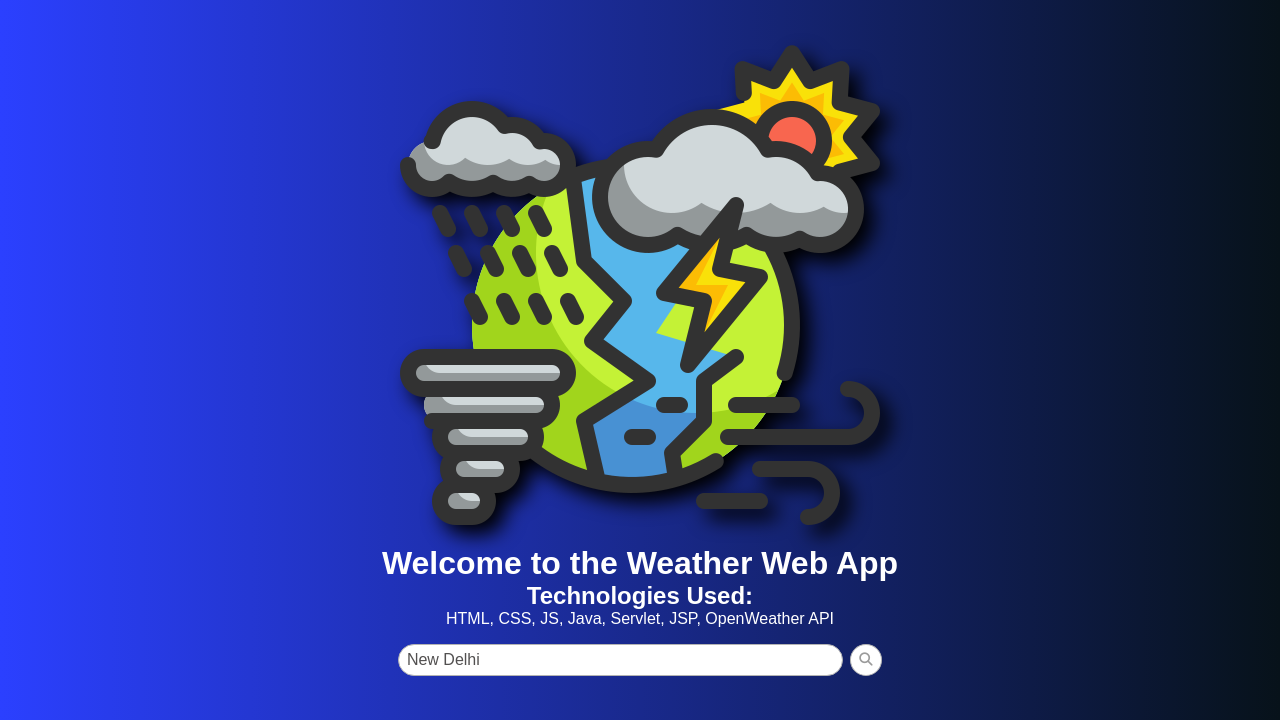
Repository: Adeshppp/Weather-Application-By-Using-JSP-and-Servlet
Page: MyWeatherApp/src/main/webapp/index.html
The author's editor kept a copy of each file at every save. The page is drawn from the files as they stood at one save, then again after the next save.
The browser window is 1280 px wide. The pictures show the whole page.

Above is the page before, as saved 2023-11-03 05:39:54.

### MyWeatherApp/src/main/webapp/index.html
<!DOCTYPE html>
<html>
<head>
 <meta charset="UTF-8">
    <meta http-equiv="X-UA-Compatible" content="IE=edge">
    <meta name="viewport" content="width=device-width, initial-scale=1.0">
    <title>Weather App</title>
    <link rel="stylesheet" href="https://cdnjs.cloudflare.com/ajax/libs/font-awesome/6.4.0/css/all.min.css" />
    <link rel="stylesheet" href="style.css" />

</head>
<body>
<div style="color:white; text-align:center">
<img src="images/weather-logo.png" style=" height: auto;width: auto;filter: drop-shadow(10px 10px 10px black);">
    <h1>Welcome to the Weather Web App</h1>

    <h2>Technologies Used: </h2> <p>HTML, CSS, JS, Java, Servlet, JSP, OpenWeather API</p>
     <form action="MyServlet" method="post" class="searchInput">
            <input type="text" placeholder="Enter City Name" id="searchInput" value="New Delhi" name="city"/>
            <button id="searchButton"><i class="fa-solid fa-magnifying-glass"></i></button>
      </form>
 </div>

</body>
</html>

### MyWeatherApp/src/main/webapp/style.css
@charset "UTF-8";

    * {
  margin: 0;
  padding: 0;
  box-sizing: border-box;
  font-family: "Ubuntu", sans-serif;
}

body {
  display: flex;
  height: 100vh;
  align-items: center;
  justify-content: center;
  background: linear-gradient(to right,  #2b40ff,#07121a);
}

.mainContainer {
  width: 25rem;
  height: auto;
  border-radius: 1rem;
  background: #fff;
  box-shadow: 0 14px 28px rgba(0,0,0,0.25),
			0 10px 10px rgba(0,0,0,0.22);
}

.searchInput {
  width: 100%;
  display: flex;
  padding: 1rem 1rem;
  justify-content: center;
}

.searchInput input {
  width: 100%;
  height: 2rem;
  outline: none;
  font-size: 1rem;
  color: #525050;
  padding: 0.2rem 0.5rem;
  border-radius: 1.5rem;
  border: 1px solid #b3b3b3;
}

.searchInput input:focus {
  border: 1px solid #9c9dde;
}

.searchInput button {
  width: 2.2rem;
  height: 2rem;
  cursor: pointer;
  color: #9b9b9b;
  border-radius: 50%;
  margin-left: 0.4rem;
  transition: all 0.3s ease;
  background-color: #fff;
  border: 1px solid #b3b3b3;
}

.searchInput button:hover {
  color: #fff;
  background-color: #9c9dde;
  border: 1px solid #9c9dde;
}

.weatherIcon {
  display: flex;
  padding-top: 0.5rem;
  padding-bottom: 0.5rem;
  justify-content: center;
}

.weatherIcon img {
  max-width: 100%;
  width: 8rem;
}

.weatherDetails .temp{
 font-size: 2rem;
}
.cityDetails {
  color: #323232;
  font-size: 2.5rem;
  text-align: center;
  margin-bottom: 0.5rem;
}

.cityDetails .date {
  color: #323232;
  font-size: 1.5rem;
  text-align: center;
  margin-bottom: 0.5rem;
}

.windDetails {
  display: flex;
  margin-top: 1rem;
  margin-bottom: 1.5rem;
  justify-content: space-around;
}

.windDetails .humidityBox {
  display: flex;
  font-size: 1rem;
  color: #323232;
}

.windDetails .humidity .humidityValue {
 text-align: center;
  font-size: 2rem;
  color: #323232;
}

.windDetails .humidityBox img {
  max-height: 3rem;
  margin-right: 0.5rem;
}

.windDetails .windSpeed {
  display: flex;
  font-size: 1rem;
  color: #323232;
}

.windDetails .windSpeed img {
  max-height: 3rem;
  margin-right: 0.5rem;
}


image-logo{
        height: auto;
        width: auto;
        filter: drop-shadow(20px 10px 10px black);
      }

After the next save:
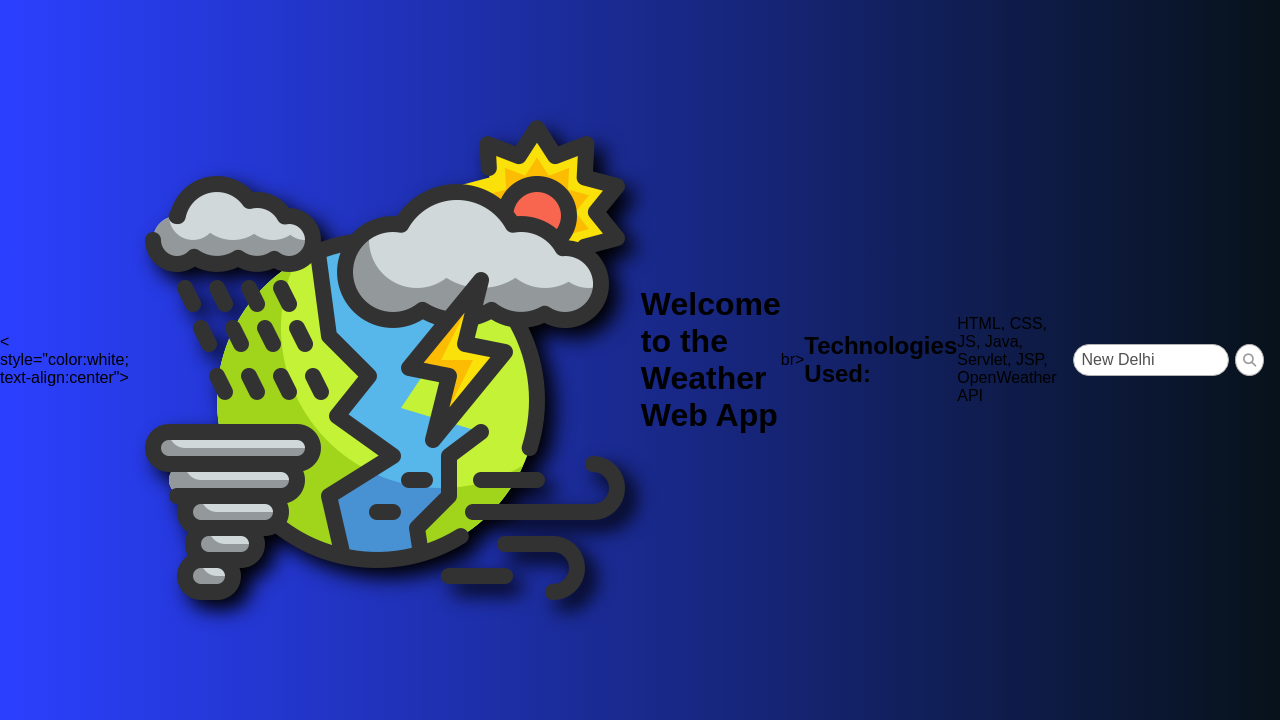
Saved 44 s later.
--- a/MyWeatherApp/src/main/webapp/index.html
+++ b/MyWeatherApp/src/main/webapp/index.html
@@ -10,10 +10,10 @@
 
 </head>
 <body>
-<div style="color:white; text-align:center">
+< style="color:white; text-align:center">
 <img src="images/weather-logo.png" style=" height: auto;width: auto;filter: drop-shadow(10px 10px 10px black);">
     <h1>Welcome to the Weather Web App</h1>
-
+	br>
     <h2>Technologies Used: </h2> <p>HTML, CSS, JS, Java, Servlet, JSP, OpenWeather API</p>
      <form action="MyServlet" method="post" class="searchInput">
             <input type="text" placeholder="Enter City Name" id="searchInput" value="New Delhi" name="city"/>
